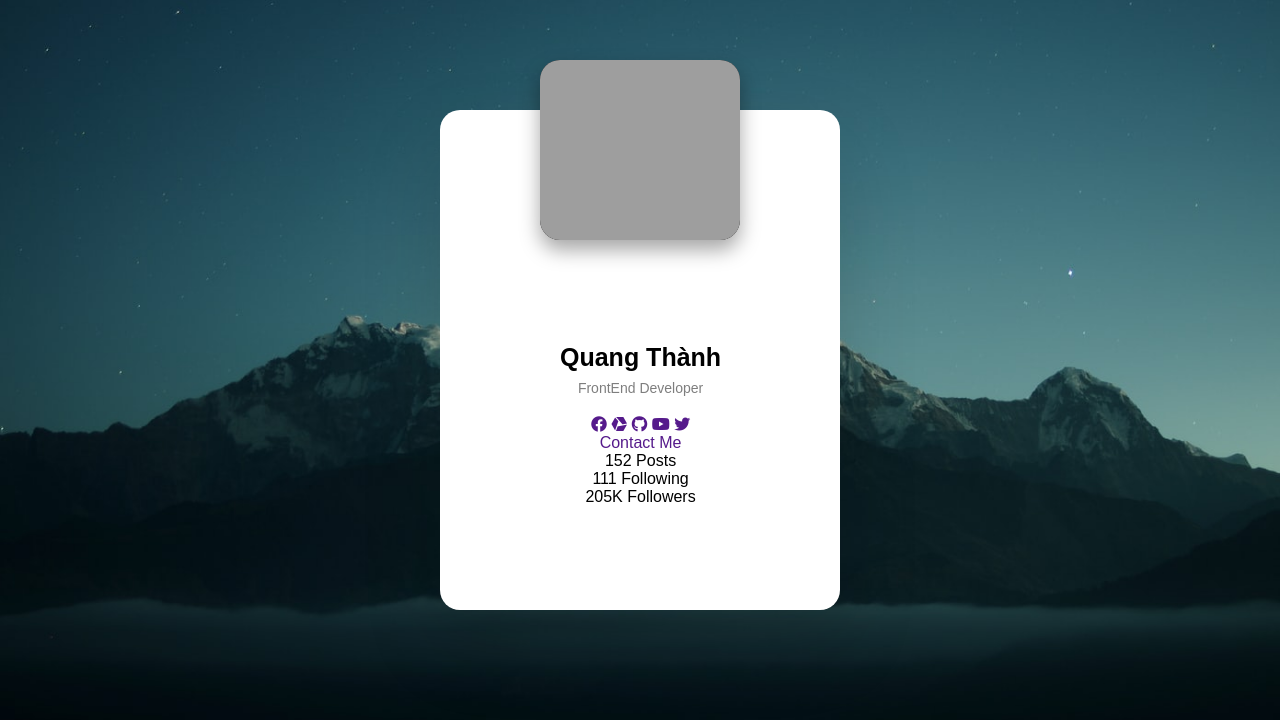
Repository: QuangThanh152/Profile-me
Page: index.html
An editor plug-in stored every save of this project. The page is shown before and after the next save, followed by the edit.
The browser window is 1280 px wide. The pictures show the whole page.
Pictures or frames that could not be fetched are drawn as grey boxes.

Above is the page before, as saved 2022-10-07 15:21:08.

After the next save:
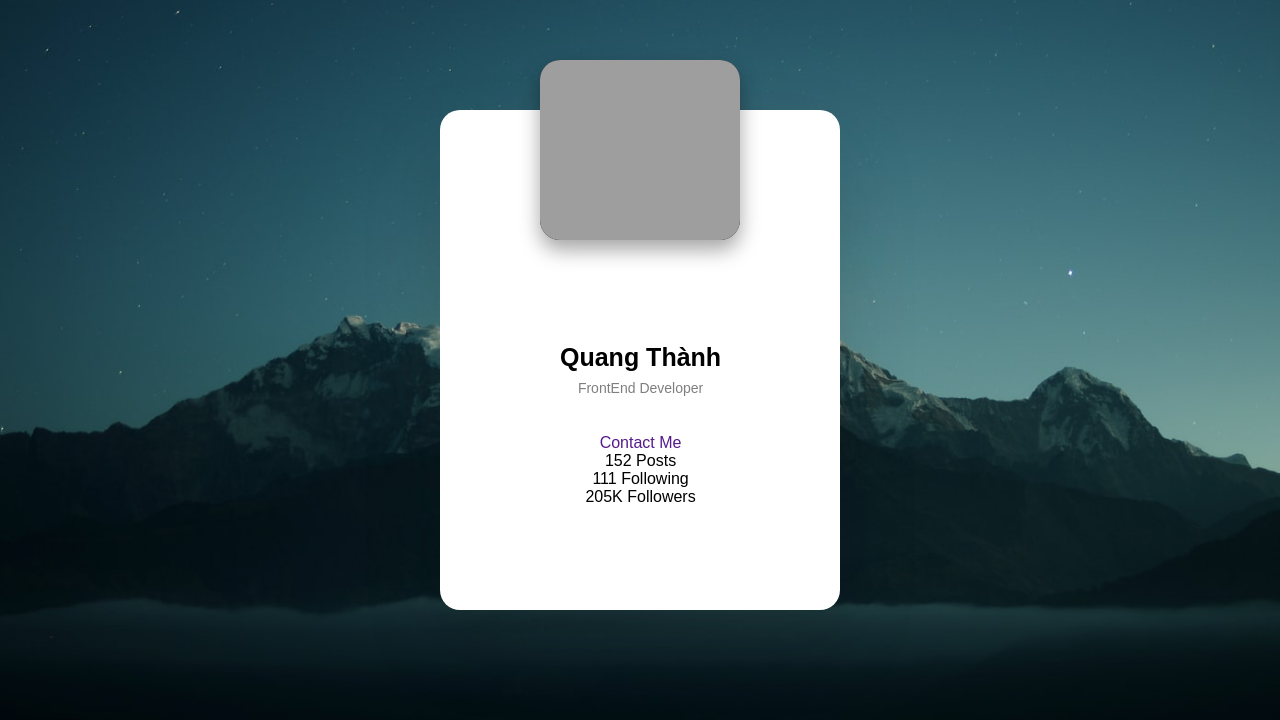
Saved 13 s later.
--- a/accets/main.css
+++ b/accets/main.css
@@ -73,6 +73,6 @@ body {
     /* color: #e66767; */
 }
 
-.SocialNetwork {
+.SocialNetwork a{
     color: white;
 }
